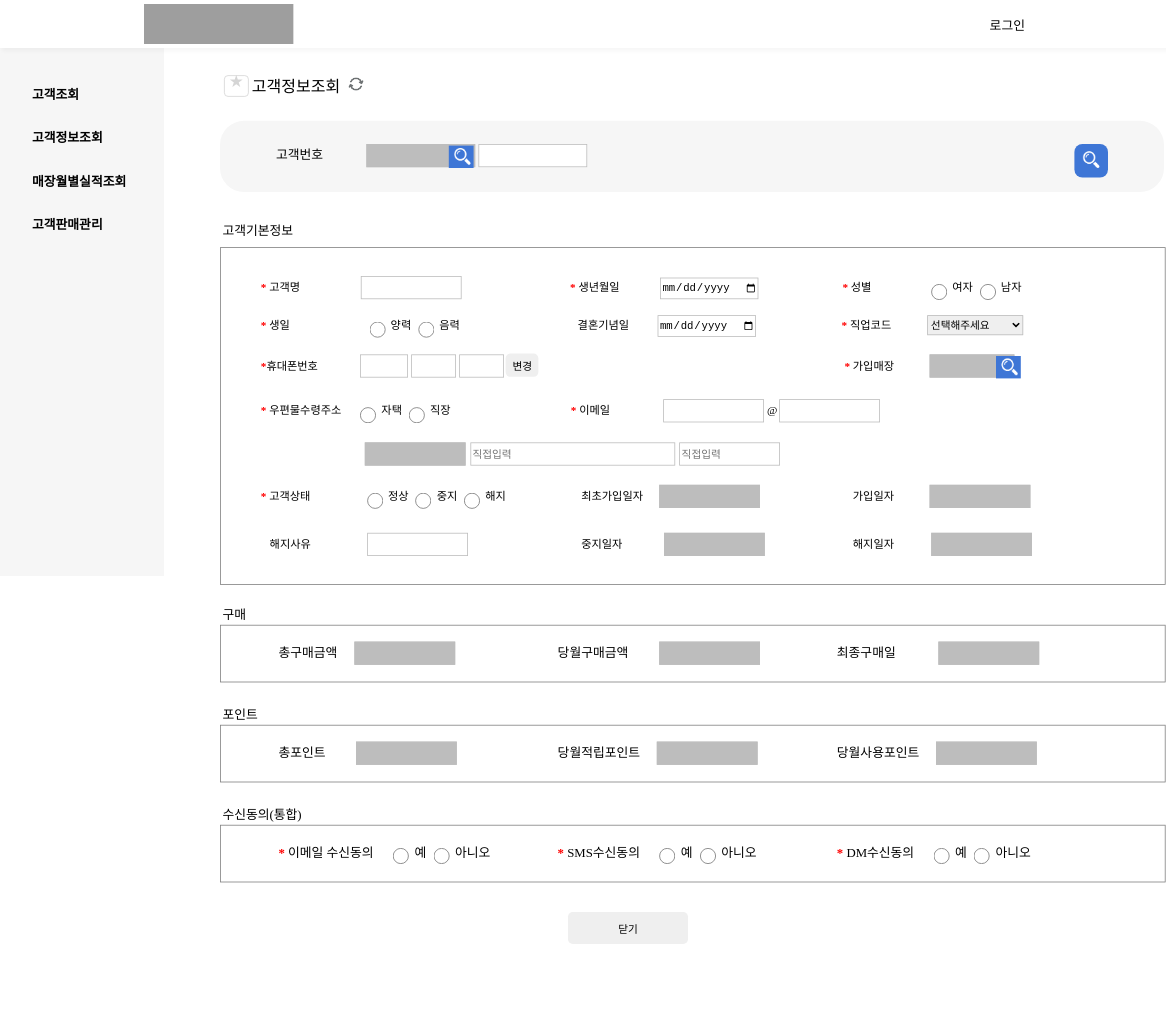
Repository: HyunyoungA/managementSystem
Page: http://localhost/DowellCommunity/WEB-INF/views/member/custInfo.jsp
An editor plug-in stored every save of this project. The page is shown before and after the next save, followed by the edit.
The browser window is 1280 px wide. The page is 1457 px wide, so the pictures cover 1457 px, including what lies to the right of the window. The pictures show the whole page, at 80% of full size.
Pictures or frames that could not be fetched are drawn as grey boxes. The page is served by Tomcat 9. Nobody is signed in. The template is opened directly, without the code that normally fills it, so the values that code supplies are empty.

Above is the page before, as saved 2022-10-27 06:54:09.

After the next save:
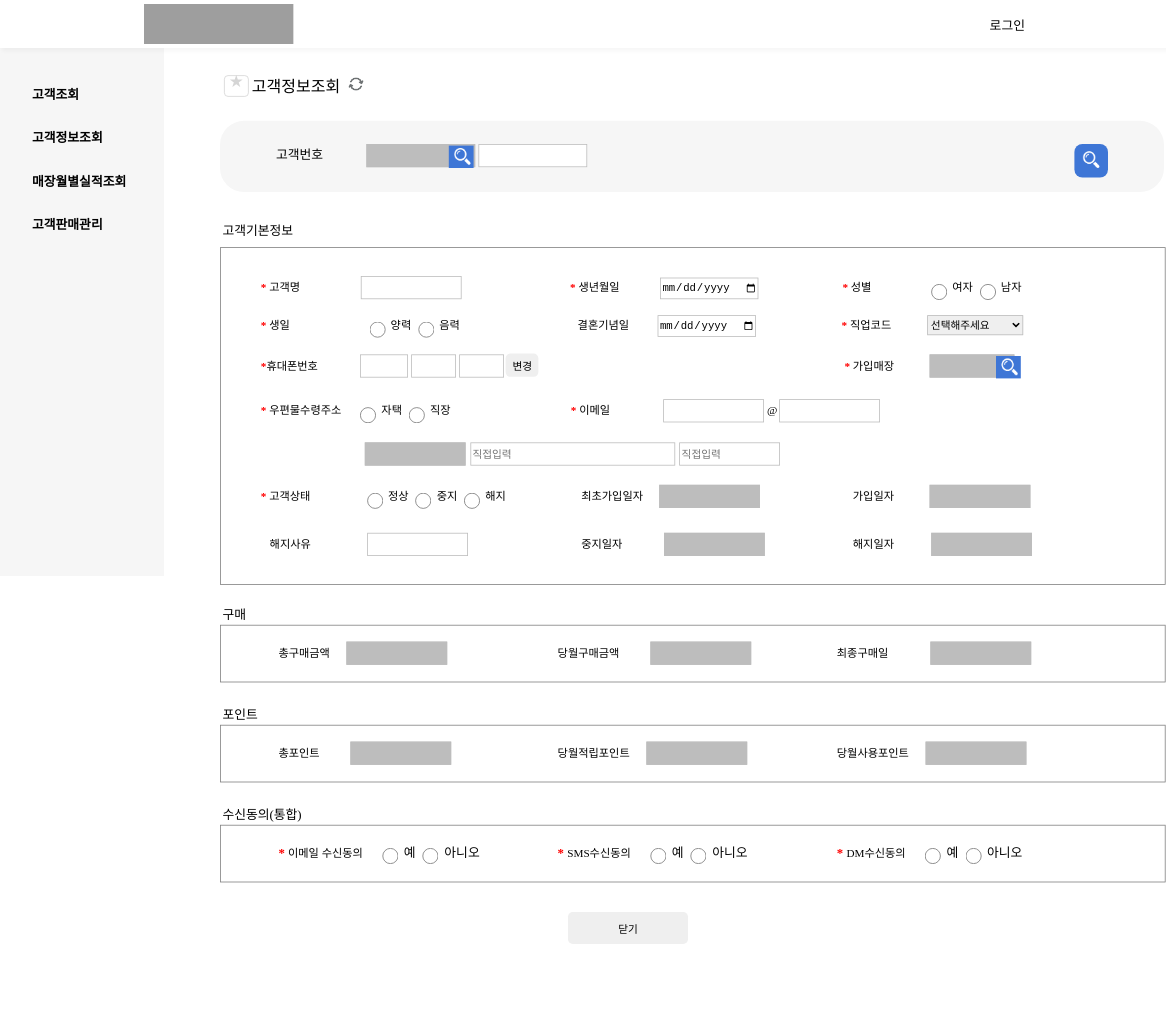
Saved 2 min 10 s later.
--- a/DowellCommunity/src/main/webapp/resources/CSS/custInfo.css
+++ b/DowellCommunity/src/main/webapp/resources/CSS/custInfo.css
@@ -412,6 +412,7 @@ th, td {
 }
 .textWrap{
 	margin-right: 15px;
+	font-size: 14px;
 }
 .custPhoneWrap{
 	height: 50px;
